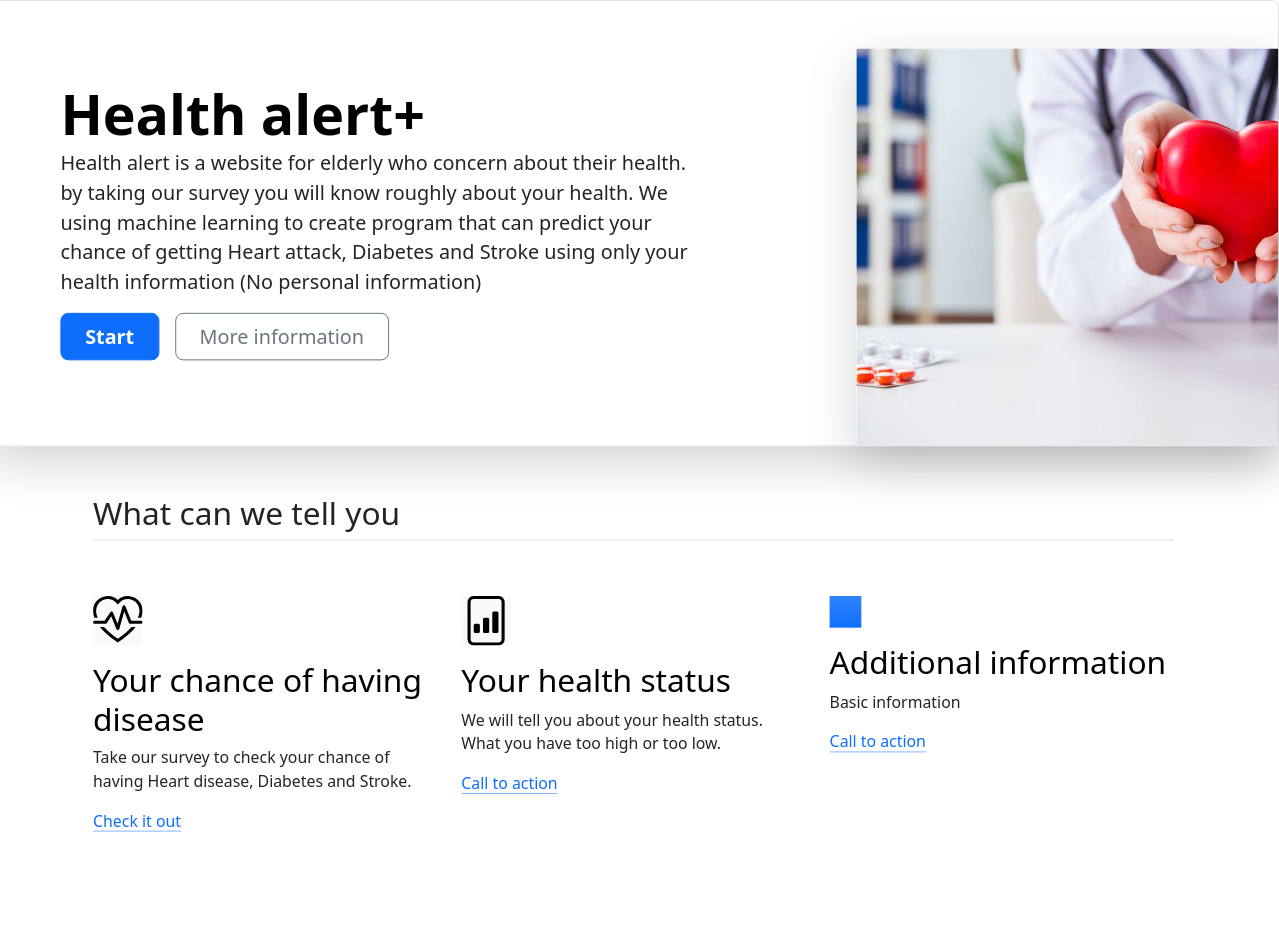
Repository: aneforollll/webapp
Page: index.html
These files come from the project's save history. The page is drawn as it stood at one moment and after the next save; the edit follows.
The browser window is 1280 px wide. The page is 1292 px wide, so the pictures cover 1292 px, including what lies to the right of the window. The pictures show the whole page, at 99% of full size.

Above is the page before, as saved 2024-01-09 09:27:13.

After the next save:
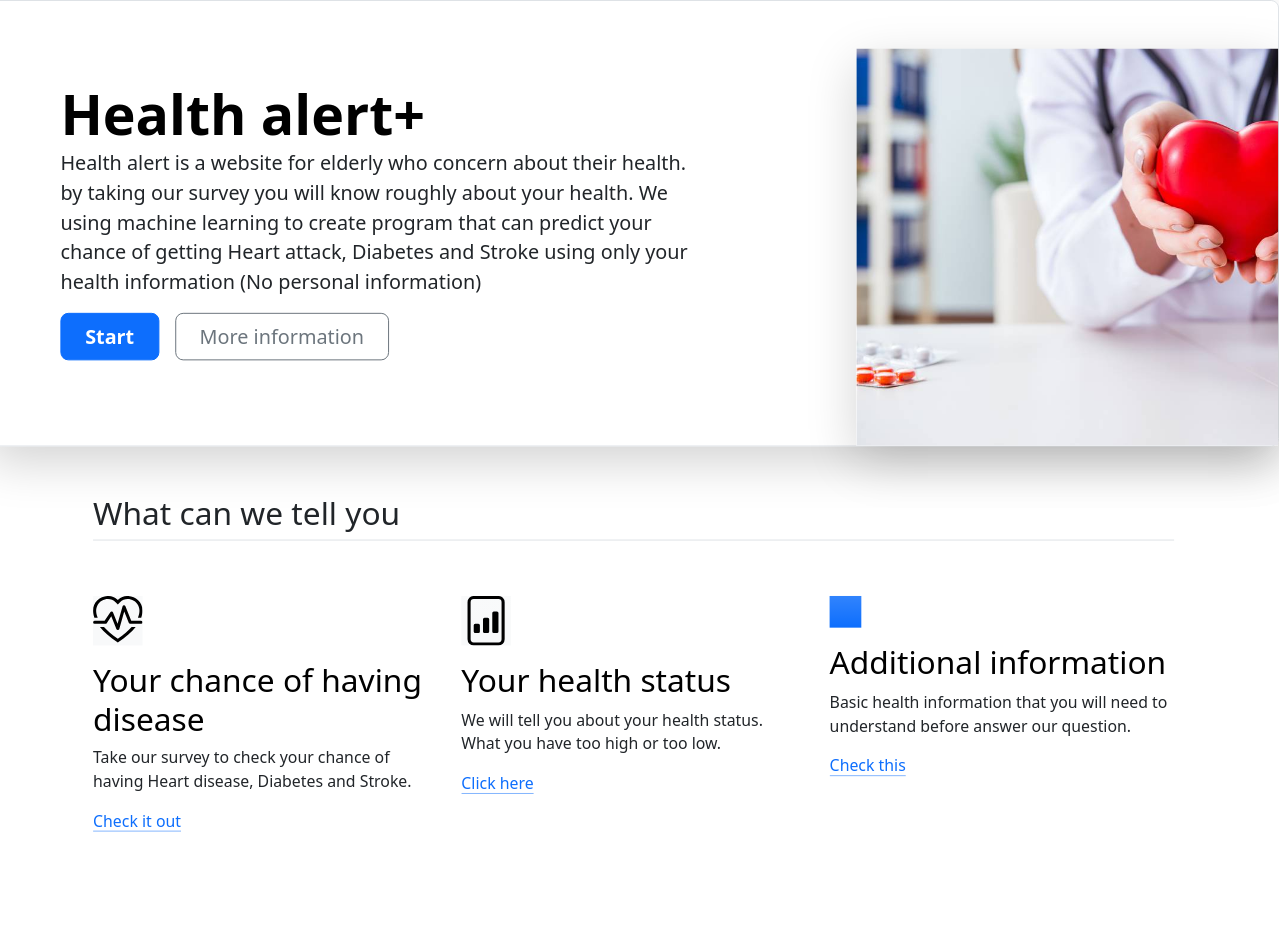
Saved 2 min 13 s later.
--- a/index.html
+++ b/index.html
@@ -51,7 +51,7 @@
             <h3 class="fs-2 text-body-emphasis">Your health status</h3>
             <p>We will tell you about your health status. What you have too high or too low.</p>
             <a href="dashboard.html" class="icon-link">
-              Call to action
+              Click here
               <svg class="bi"><use xlink:href="#chevron-right"></use></svg>
             </a>
           </div>
@@ -60,9 +60,9 @@
               <svg class="bi" width="1em" height="1em"><use xlink:href="#toggles2"></use></svg>
             </div>
             <h3 class="fs-2 text-body-emphasis">Additional information</h3>
-            <p>Basic information</p>
+            <p>Basic health information that you will need to understand before answer our question.</p>
             <a href="dashboard.html" class="icon-link">
-              Call to action
+              Check this
               <svg class="bi"><use xlink:href="#chevron-right"></use></svg>
               <script src="https://cdn.jsdelivr.net/npm/bootstrap@5.3.2/dist/js/bootstrap.bundle.min.js" integrity="sha384-C6RzsynM9kWDrMNeT87bh95OGNyZPhcTNXj1NW7RuBCsyN/o0jlpcV8Qyq46cDfL" crossorigin="anonymous"></script>
             </a>
